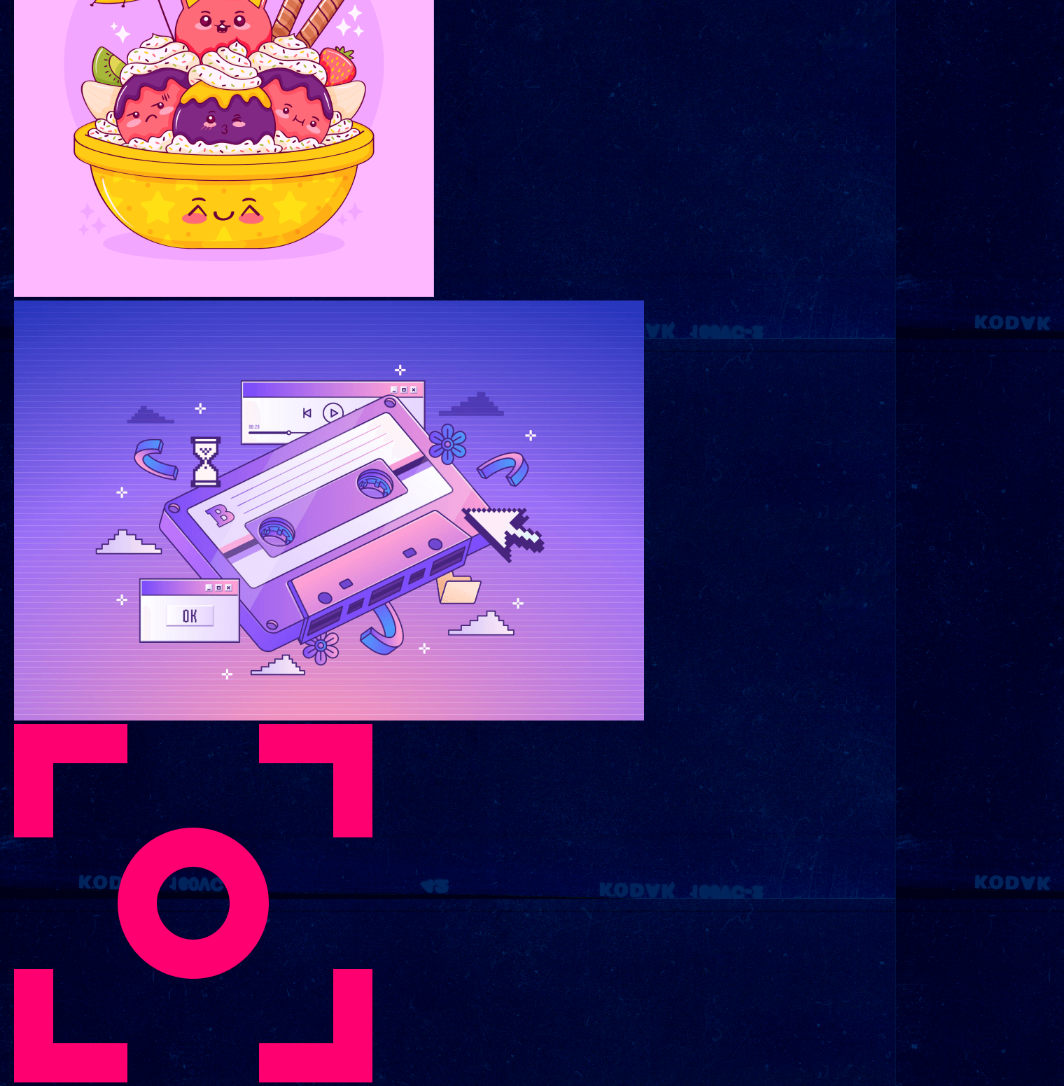
Repository: Hadoooouken/slozhno-sosredotochitsya
Page: index.html
The author's editor kept a copy of each file at every save. The page is drawn from the files as they stood at one save, then again after a run of saves.
The browser window is 1280 px wide. The page is 1520 px wide, so the pictures cover 1520 px, including what lies to the right of the window. The pictures show the part of the page from y = 3515 to 5155 px (the page is 5067 px tall before and 5155 px after), at 70% of full size.
Backgrounds fixed to the window are drawn as part of the page.

Above is the page before, as saved 2024-01-22 19:07:03.

### index.html
<!DOCTYPE html>
<html lang="ru">
  <head>
    <meta charset="UTF-8" />
    <meta http-equiv="X-UA-Compatible" content="IE=edge" />
    <meta name="viewport" content="width=device-width, initial-scale=1.0" />
    <meta name="color-scheme" content="dark light" />
    <link rel="icon" href="images/favicon.svg" sizes="any" />
    <link rel="stylesheet" href="fonts/fonts.css" />
    <link rel="stylesheet" href="styles/globals.css" />
    <link rel="stylesheet" href="./styles/variables.css" />
    <link rel="stylesheet" href="scripts/script.js" />
    <link rel="stylesheet" href="./styles/style.css" />
    <link rel="stylesheet" href="./styles/dark.css" />
    <link rel="stylesheet" href="./styles/light.css" />
    <title>Сложно сосредоточиться</title>
  </head>
  <body class="page">
    <header class="header decorated-zone">
      <div class="decoration-element" aria-hidden="true"></div>
      <nav class="header__theme-menu">
        <ul class="header__theme-menu-list">
          <li class="header__theme-menu-item">
            <button
              class="header__theme-menu-button header__theme-menu-button_type_light"
            >
              День
            </button>
          </li>
          <li class="header__theme-menu-item">
            <button
              class="header__theme-menu-button header__theme-menu-button_active header__theme-menu-button_type_auto"
              disabled
            >
              Авто
            </button>
          </li>
          <li class="header__theme-menu-item">
            <button
              class="header__theme-menu-button header__theme-menu-button_type_dark"
            >
              Неон
            </button>
          </li>
        </ul>
      </nav>
      <h1 class="header__title">no focus</h1>
      <div class="header__text title_decor">
        <p>
          Что делать, когда не можешь делать ничего Или&nbspпочему нам так
          сложно сконцентрироваться, особенно когда очень надо
        </p>
      </div>
    </header>
    <main class="main">
      <section class="section">
        <article class="Focus__block">
          <h2 class="column__title">Почему сосредоточиться так сложно</h2>

          <div>
            <h2 class="right__column title_decor">Многозадачность</h2>
            <p class="right__pharahraph">
              Особенно сложно сосредоточиться, когда задач много и все они —
              важные. Где же легендарная многозадачность, когда она так нужна
              вам (и всем нанимающим менеджерам этого мира)? А дело в том, что
              её просто не существует. Исследователи
              <a
                class="paragraph__link"
                href="https://dana.org/article/multicosts-of-multitasking/"
                >выяснили</a
              >, что мозгу тяжело концентрироваться даже на двух делах
              одновременно. А когда в поле внимания попадает несколько важных
              задач, организм паникует и выделяет кортизол и адреналин —
              «гормоны стресса». Из-за этого мы работаем невнимательно:
              ошибаемся и быстро устаём.
            </p>
            <h2 class="right__column title_decor">Дофамин</h2>
            <p class="right__pharahraph">
              С гормонами стресса всё понятно, но дальше — ещё интереснее. В
              нашей невозможности сосредоточиться замешана и полная
              противоположность стрессу — дофамин. Это вещество участвует в
              системе вознаграждения мозга. Причём тут он? Мы часто отвлекаемся
              от важной задачи на что-то более «приятное» для мозгов. Например,
              смотрим лайки в соцсетях. В это время и выделяется дофамин — и мы
              чувствуем удовольствие. Получается замкнутый круг: чем больше
              отвлекаешься, тем больше удовольствия получаешь.
            </p>
          </div>
        </article>
      </section>
      <section class="section">
        <article class="concentration__block">
          <div class="concentration">
            <h2 class="column__title">Что снижает концентрацию внимания?</h2>
          </div>

          <div class="multitasking">
            <h2 class="right__column title_decor">Многозадачность</h2>
            <p class="right__pharahraph">
              Как концентрация может снижаться из-за… концентрации? Любая
              стрессовая ситуация (и резко меняющийся мир в целом) заставляет
              наш мозг постоянно «сканировать» окружающую среду на предмет
              опасности. Например, читать новости вместо работы. Но быть
              собранными всё время — невозможно. Концентрация — мышца, и она
              может не выдержать, если не давать ей отдохнуть.
            </p>
          </div>
          <div class="eat">
            <h2 class="right__column title_decor">Еда</h2>
            <p class="right__pharahraph">
              «Быстрые углеводы» — сахар, белый хлеб, сладости — молниеносно
              доставляют в мозг энергию и помогают ему лучше работать. Но уходит
              эта энергия также быстро, как и приходит. А мы в результате
              попадаем на «углеводные качели»: как только действие «быстрых
              углеводов» заканчивается, мы чувствуем усталость и сонливость. И
              хотим ещё больше быстрых углеводов.
            </p>
          </div>
          <div class="gadgets">
            <h2 class="right__column title_decor">Гаджеты</h2>
            <p class="right__pharahraph">
              Да-да, это та самая ситуация, когда на экране ноутбука — код, в
              наушниках — подкаст, а на компьютере фоном — ещё и видео с
              забавными утятами. В результате мозг пытается переключиться с
              одной задачи на другую — и просто не может. А чтобы вернуться к
              состоянию полной концентрации, человеку в среднем нужно 20 минут.
              Вот и получается, что чем больше времени мы проводим в гаджетах,
              тем больше времени затем нужно, чтобы вернуться к работе.
            </p>
          </div>
        </article>
      </section>
      <section class="section">
        <article class="how__block">
          <h2 class="column__title">
            Как концентрироваться лучше, чем золотая рыбка (то есть дольше трёх
            секунд)
          </h2>
          <div>
            <h2 class="right__column title_decor">
              5 простых (на самом деле не очень) советов
            </h2>
            <h2 class="concentration__title title_decor">Представьте небо и облака</h2>
            <p class="right__pharahraph2">
              Или листья в ручье. Тут дело в лёгкой медитации, которая помогает
              успокоиться. Ведь часто именно тревожные мысли о сложных задачах
              как раз и мешают эти сложные задачи делать. В такие моменты можно
              закрыть глаза и представить, что чистое небо — это вы, а облака —
              тревожные мысли. И сколько бы их ни было — ясное небо всегда будет
              где-то там, за тучами, и никуда не денется. Это упражнение поможет
              вернуться в настоящий момент, а не волноваться о потенциальных
              проблемах из будущего.
            </p>
            <h2 class="concentration__title title_decor">Включите музыку</h2>
            <p class="right__pharahraph2">
              Но не любую, и не любимую. Любимая может быть связана с сильными
              положительными эмоциями, которые тоже очень сильно отвлекают.
              Подойдёт тихая, спокойная, умеренно-ритмичная. Можно вообще
              попробовать включить плейлист в «белым шумом» или нейромузыкой.
            </p>
            <h2 class="concentration__title title_decor">Прогуляйтесь</h2>
            <p class="right__pharahraph2">
              Или даже пробегитесь. Лучше найти парк или лес: один эксперимент
              <a
                class="paragraph__link"
                href="https://www.sciencedirect.com/science/article/abs/pii/S0272494415000328"
                >показал</a
              >, что созерцание природы повышает концентрацию, в то время как
              после просмотра городских пейзажей она наоборот понижается. Можно
              совместить прогулку с физическими упражнениями или бегом — так в
              мозг поступит ещё больше кислорода и он будет лучше работать. Но и
              простая двадцатиминутная прогулка — тоже отличный вариант.
            </p>
            <h2 class="concentration__title title_decor">Хорошо ешьте</h2>
            <p class="right__pharahraph2">
              Мы — не ваша бабушка, но это правда важно. Выбирайте продукты,
              которые препятствуют резким скачкам сахара в крови. Например, с
              высоким содержанием клетчатки: овощи, ягоды, бобовые (нут,
              чечевица, фасоль), коричневый рис, хлеб из цельнозерновой пшеницы.
            </p>
            <h2 class="concentration__title title_decor">Читайте</h2>
            <p class="right__pharahraph2">
              Настоящие бумажные книги. Это правда помогает с концентрацией:
              чтобы прочитать пост в соцсети, достаточно нескольких минут или
              даже секунд. А вот интересная книга способна затянуть и на
              несколько часов и круто тренирует направленное внимание.
            </p>
          </div>
        </article>
      </section>
      <section class="gallery__section section">
        <h2 class="right__column title_decor">А можно в картинках?</h2>
        <div class="gallery__list">
          <img src="/images/sunset.png"class="sunset" alt="закат">
          <img src="images/ice-cream.png" alt="мороженное">
          <img src="./images/tape.png" alt="кассеты">
          <img src="./images/mobile-icon.png"





        </div>
      </section>

    </main>

    <script src="./scripts/script.js"></script>
  </body>
</html>

### styles/globals.css
/* Глобальные стили для проекта, их можно дополнять и менять по желанию */

*,
*::before,
*::after {
  box-sizing: border-box;
}

body {
  min-inline-size: 375px;
  max-inline-size: 1440px;
  margin: 0 auto;

}

h1,
h2,
h3,
h4,
h5,
h6,
p {
  margin: 0;
}

ul {
  margin: 0;
  padding: 0;
  list-style: none;
}

picture {
  margin: 0;
  padding: 0;
}

button,
a {
  color: currentColor;
  font-family: inherit;
  font-size: inherit;
  line-height: inherit;
}

### styles/variables.css
:root {/*
  Переменные для вашего проекта
  и их переопределение под различные устройства
*/
--main-font:'IBM Plex mono' sans-serif;
--title-color:#DB00FF;
--main-color:
--subtitle-color:#000028;
--text-color: #F1B2CE;
--section-title: #FF0070;
--bg-color: #000028;
--section-color: #FF0070;
/*--hover: #FF0070;*/
--hover: rgb(255 0 112 / 0.4);
--link-color: #FF0070;




}

### scripts/script.js
const themeButtons = document.querySelectorAll('.header__theme-menu-button');

themeButtons.forEach((button) => {
  button.addEventListener('click', () => {
    themeButtons.forEach((btn) => {
      btn.classList.remove('header__theme-menu-button_active');
      btn.removeAttribute('disabled');
    });
    if (
      [...button.classList].includes('header__theme-menu-button_type_light')
    ) {
      changeTheme('light');
    } else if (
      [...button.classList].includes('header__theme-menu-button_type_dark')
    ) {
      changeTheme('dark');
    } else {
      changeTheme('auto');
    }
    button.classList.add('header__theme-menu-button_active');
    button.setAttribute('disabled', true);
  });
});

function changeTheme(theme) {
  document.body.className = 'page';
  document.body.classList.add(`theme_${theme}`);
  localStorage.setItem('theme', theme);
}

function initTheme() {
  const theme = localStorage.getItem('theme');
  if (theme) {
    changeTheme(theme);
    themeButtons.forEach((btn) => {
      btn.classList.remove('header__theme-menu-button_active');
      btn.removeAttribute('disabled');
    });
    document
      .querySelector(`.header__theme-menu-button_type_${theme}`)
      .classList.add('header__theme-menu-button_active');
    document
      .querySelector(`.header__theme-menu-button_type_${theme}`)
      .setAttribute('disabled', true);
  }
}

initTheme();

### styles/style.css
/* Основные стили проекта. Это стили для темы, которую вы верстаете первой. */

.page {
  /* сохраните в разметке и стилях класс page. На его основе работает скрипт. */

  background-color: var(--bg-color);
  background-image: url(/images/cover-image-dark.png);
  background-attachment: fixed;
  background-position: center;
  background-size: cover;
  font-family: "IBM Plex mono";
  font-size: 18px;
}
.section {
  padding: 0px 20px;
}

.header {
  position: relative;
  block-size: 100vh;
  min-height: 375px;
  height: 100vh;
  padding: 20px;
  display: grid;
  grid-template-rows: 1fr min-content 1fr;
  justify-items: start;
}

.decorated-zone::before {
  content: "";
  position: absolute;
  border-top: 1px solid #ff0070;
  border-right: 1px solid #ff0070;
  right: 20px;
  top: 20px;
  width: 25px;
  height: 25px;
}

.decorated-zone::after {
  content: "";
  position: absolute;
  border-bottom: 1px solid #ff0070;
  border-left: 1px solid #ff0070;
  left: 20px;
  bottom: 20px;
  width: 25px;
  height: 25px;
}
.decoration-element {
  position: absolute;
  right: 48px;
  top: 21px;
}

.decoration-element::before {
  content: "REC";
  color: #ff0070;
  font-family: inherit;
  display: inline-block;
}

.decoration-element::after {
  content: "";
  background-color: #ff0070;
  width: 9px;
  height: 9px;
  border-radius: 50%;
  display: inline-block;
  box-shadow: 0px 0px 4px 2px #ff0070;
  top: 6px;
  left: 42px;
  position: absolute;
}

.header__title {
  font-family: var(--main-font);
  font-size: clamp(7.5rem, 0.5625rem + 14.4531vw, 9.8125rem);
  color: var(--title-color);
  line-height: 82.5%; /* 129.525px */
  text-shadow: 4px 4px 0 var(--section-title);
  margin-left: -20px;
}

.header__theme-menu {
  justify-self: center;
}

.header__text {
  font-size: 18px;
  justify-self: end;
  width: 50%; /*под вопросом*/
  align-self: center;
  font-weight: 700;
  color: var(--subtitle-color);
  line-height: 23.4px;
}

.title_decor {
  background-color: var(--section-title);
}

.header__theme-menu-list {
  display: flex;
  justify-content: center;
  gap: 10px;
}

.header__theme-menu-button {
  background-color: transparent;
  color: var(--section-title);
  border: none;
  text-transform: lowercase;
  line-height: 18px;
  padding: 2px 13px;
  cursor: pointer;
}

.header__theme-menu-button:focus {
  outline: none;
}

.header__theme-menu-button:focus-visible {
  text-decoration: underline;
  outline: none;
  color: var(--section-title);
}

.header__theme-menu-button:hover {
  outline: 1px solid var(--hover);
}

.header__theme-menu-button_active {
  pointer-events: none;
  outline: 1px solid var(--section-title);
}

.main {
  padding-top: 60px;
}

.Focus__block {
  display: grid;
  grid-template-columns: 1fr 2fr;
  gap: 10px;
}

.column__title {
  font-weight: 700;
  color: var(--section-color);
  font-size: inherit;
  line-height: 23.4px;
}

.right__column {
  font-size: inherit;
  line-height: 23.4px;
  margin-bottom: 10px;
  font-weight: 700;
}

.right__pharahraph {
  font-size: inherit;
  line-height: 23.4px;
  color: var(--text-color);
  font-weight: 400;
  margin-bottom: 20px;
}
.right__pharahraph:last-child {
  margin-bottom: 0px;
}

.paragraph__link {
  text-decoration: none;
  cursor: pointer;
  text-shadow: 2px 2px 0 var(--section-title);
}

.paragraph__link:hover {
  border-bottom: 1px solid var(--text-color);
}

.paragraph__link:focus {
  outline: none;
}

.paragraph__link:focus-visible {
  outline: 1px solid var(--text-color);
  color: var(--section-title);
  outline-offset: 0px;
}

.concentration__block {
  padding-top: 80px;
  display: grid;
  grid-template-columns: repeat(3, 1fr);
  grid-template-rows: repeat(2, min-content);
  grid-column-gap: 20px;
  grid-row-gap: 20px;

  grid-template-areas:
    "concentration unset unset"
    "multitasking eat gadgets";
}

.concentration {
  grid-area: concentration;
}

.multitasking {
  grid-area: multitasking;
}
.eat {
  grid-area: eat;
}

.gadgets {
  grid-area: gadgets;
}

.how__block {
  padding-top: 80px;
  display: grid;
  grid-template-columns: 1fr 2fr;
  grid-column-gap: 10px;
}

.concentration__title {
  font-weight: 400;
  font-size: inherit;
  line-height: 23.4px;
  margin-top: 20px;
}

.right__pharahraph2 {
  font-size: inherit;
  line-height: 23.4px;
  color: var(--text-color);
  font-weight: 400;
  margin-top: 10px;
}

.gallery__section {
  padding-top: 80px;
}

.gallery__list {
  margin-top: 20px;
}

### styles/dark.css
/*
  Специально для тёмной темы при наличии класса,
  здесь окажутся стили, которые нужно переопределить принудительно,
  переключая тему
*/

.page.theme_dark {
  /* сохраните этот селектор в приведённом виде.
    Так стили написанные ниже будут иметь больший вес,
    чем стили в медиазапросе предпочтений пользователя
  */
--main-font:'IBM Plex mono' sans-serif;
--title-color:#DB00FF;
--subtitle-color:#000028;
--text-color: #F1B2CE;
--section-title: #FF0070;
--link-color: #FF0070;

}

Loaded but not shown: fonts/fonts.css (common file); styles/light.css (common file)

After the next 4 saves:
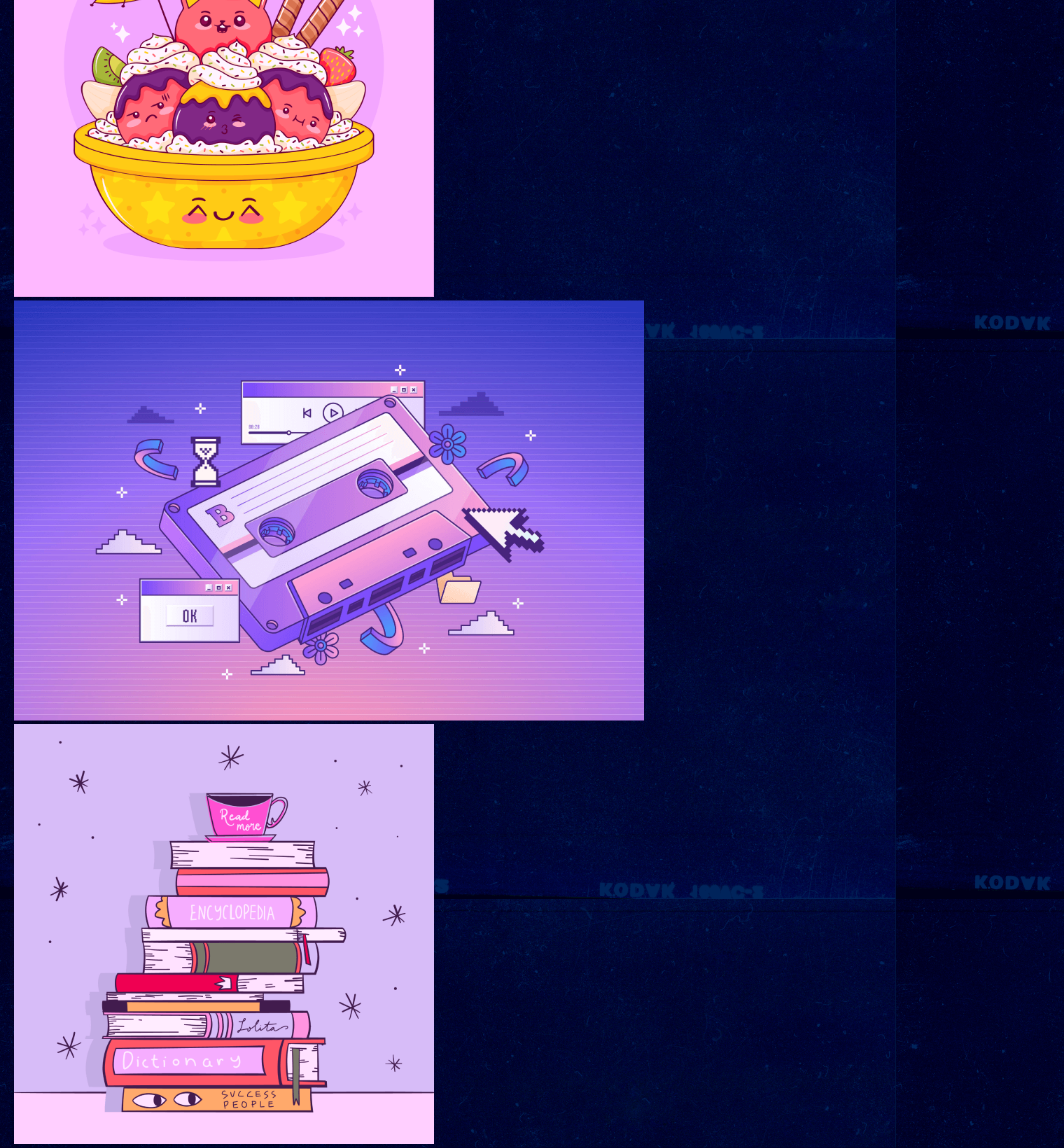
The 4 saves are shown as one change because they came seconds apart.
The last was saved 13 s later.
--- a/index.html
+++ b/index.html
@@ -194,7 +194,7 @@
           <img src="/images/sunset.png"class="sunset" alt="закат">
           <img src="images/ice-cream.png" alt="мороженное">
           <img src="./images/tape.png" alt="кассеты">
-          <img src="./images/mobile-icon.png"
+          <img src="./images/books.png"
 
 
 
